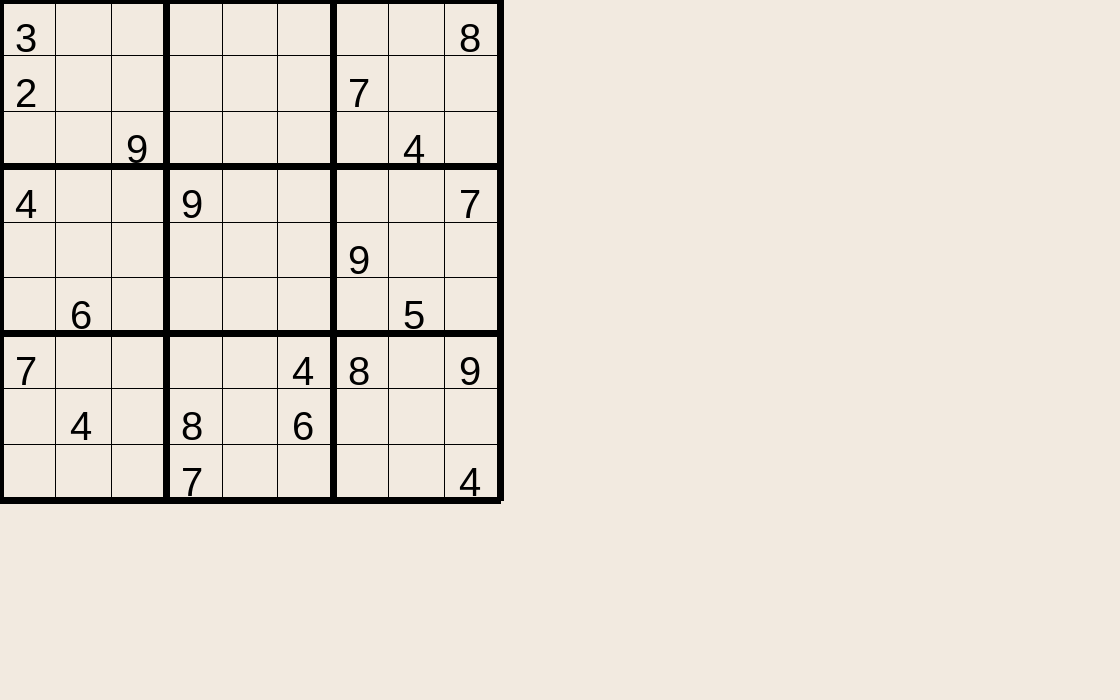
Repository: JensVL96/Puzzle-solver-for-fun
Script's output: python sudoku.py
These files come from the project's save history. The script's output is drawn as it stood at one moment and after the next save; the edit follows.
The window is shown after at most 60 frames with no key pressed. A system font it names is replaced by a similar one. Random numbers start from a fixed seed.

Above is the script's output before, as saved 2020-10-29 19:23:14.

### sudoku.py
# -*- coding: utf-8 -*-
from __future__ import print_function
import pygame as pg
from random import sample
from config import *
from string import *
import numpy as np

dif = BOX_SIZE / 9
def get_cord(pos):
    global x
    x = pos[0]//dif
    global y
    y = pos[1]//dif

class create_board():
    def __init__(self):
        self.base  = 3  # Will generate any size of random sudoku board in O(n^2) time
        self.side  = self.base * self.base
        self.nums  = sample(range(1, self.side + 1), self.side) # random numbers
        self.board = [[self.nums[(self.base * (r%self.base) + r//self.base + c)%self.side] for c in range(self.side) ] for r in range(self.side)]
        rows  = [ r for g in sample(range(self.base),self.base) for r in sample(range(g * self.base,(g + 1) * self.base), self.base) ]
        cols  = [ c for g in sample(range(self.base),self.base) for c in sample(range(g * self.base,(g + 1) * self.base), self.base) ]
        self.board = [[self.board[r][c] for c in cols] for r in rows]

        # print("\nInput:")
        # for line in self.board: print(line)

        squares = self.side * self.side
        empties = squares * 3//4
        for p in sample(range(squares),empties):
            self.board[p//self.side][p%self.side] = 0

        self.lines()

    def expandLine(self, line):
        return line[0]+line[5:9].join([line[1:5]*(self.base-1)]*self.base)+line[9:13]

    def lines(self):
        self.line0  = self.expandLine("╔═══╤═══╦═══╗")
        self.line1  = self.expandLine("║ . │ . ║ . ║")
        self.line2  = self.expandLine("╟───┼───╫───╢")
        self.line3  = self.expandLine("╠═══╪═══╬═══╣")
        self.line4  = self.expandLine("╚═══╧═══╩═══╝")

        self.draw()

    def draw(self):
        symbol = " 1234567890ABCDEFGHIJKLMNOPQRSTUVWXYZ"
        self.nums   = [ [""]+[symbol[n] for n in row] for row in self.board ]
        print(self.line0)
        for r in range(1,self.side+1):
            print( "".join(n+s for n,s in zip(self.nums[r-1],self.line1.split("."))) )
            print([self.line2,self.line3,self.line4][(r%self.side==0)+(r%self.base==0)])

class solve_board():
    def __init__(self, board):
        self.row = []
        self.col = []
        self.cell = []
        self.row_list = []
        self.col_list = []
        self.cell_list = []

        for space in range(9):
            self.col.append([])
            self.cell.append([])

        row_idx = 0
        for line in board:

            self.row.append(line)

            cell_idx = 0
            if row_idx >= 3:
                cell_idx = 3
            if row_idx >= 6:
                cell_idx = 6


            for col_idx in range(9):

                self.col[col_idx].insert(row_idx, line[col_idx])

                if col_idx % 3 == 0:
                    for triple in range(0, 3):
                        self.cell[cell_idx].insert(len(self.cell[row_idx]) + triple, line[col_idx + triple])
                    cell_idx += 1

            self.row_list.append(self.row)
            self.col_list.append(self.col)
            self.cell_list.append(self.cell)
            row_idx += 1

        print("\nrow:")
        for row in self.row_list[0]:
            print(row)
        # print("\ncolumn:")
        # for col in self.col_list[0]:
        #     print(col)
        # print("\ncell:")
        # for cell in self.cell_list[0]:
        #     print(cell)

    def assign_flags(self, board):
        self.flags = []
        row_idx = 0
        cell_idx = 0

        print("\n")
        for line in board:
            cell_idx = 0
            if row_idx >= 3:
                cell_idx = 3
            if row_idx >= 6:
                cell_idx = 6

            for index in range(9):
                # print("position: ", index, "value: ", line[index])

                # print("row", row_idx, "col", index, "cell", cell_idx)
                if (index % 3 == 0 and index != 0):
                    cell_idx += 1

                if line[index] == 0:
                    flag_idx = 0
                    temp_flag = []
                    for value in range(1, 10):
                        # print(value)
                        if self.row_flag(value, row_idx):
                            # print("found in row")
                            pass
                        elif self.col_flag(value, index):
                            # print("found in column")
                            pass
                        elif self.cell_flag(value, cell_idx):
                            # print("found in cell")
                            pass
                        else:
                            temp_flag.append(value)
                            flag_idx += 1
                    print(temp_flag)
                    self.flags.append(temp_flag)
            row_idx += 1

    def check_row(self):
        pass

    def column(self, x):
        pass

    def cell(self, row, col):
        pass

    def row_flag(self, index, row_idx):
        for row in self.row_list[0][row_idx]:
            # print("comparing in row ", row, "with ", index, "row_idx ", row_idx)
            if row == index:
                return 1
        return 0

    def col_flag(self, index, col_idx):
        for col in self.col_list[0][col_idx]:
            # print("comparing in column ", col, "with ", index, "col_idx ", col_idx)
            if col == index:
                return 1
        return 0

    def cell_flag(self, index, cell_idx):
        for cell in self.cell_list[0][cell_idx]:
            # print("comparing in cell ", cell, "with ", index, "cell_idx ", cell_idx)
            if cell == index:
                return 1
        return 0


class Display_board():
    def __init__(self, screen):
        self.screen = screen
        self.font1 = pg.font.SysFont("comicsans", 40)
        self.dif = 500 / 9

    def draw_val(self, val):
        text1 = self.font1.render(str(val), 1, BLACK)
        self.screen.blit(text1, (x * dif + 15, y * dif + 15))

    def on_mouse_press(self, x, y, symbol, modifier):
        pass

    def draw(self, grid):
        for i in range (9):
            for j in range (9):
                if grid[i][j] != 0:

                    text1 = self.font1.render(str(grid[i][j]), 1, BLACK)
                    self.screen.blit(text1, (i * self.dif + 15, j * self.dif + 15))

        for i in range(10):
            if i %3 == 0:
                thick = 7
            else:
                thick = 1
            pg.draw.line(self.screen, BLACK, (0, i * self.dif), (500, i * self.dif), thick)
            pg.draw.line(self.screen, BLACK, (i * self.dif, 0), (i * self.dif, 500), thick)



    def draw_box(self):
        pg.draw.rect(self.screen, BLACK, (  (SCREEN_WIDTH / 2) - (BORDER_SIZE / 2),
                                            (SCREEN_HEIGHT / 2) - (BORDER_SIZE / 2),
                                            BORDER_SIZE,
                                            BORDER_SIZE))
        pg.draw.rect(self.screen, WHITE, (  (SCREEN_WIDTH / 2) - (BOX_SIZE / 2),
                                            (SCREEN_HEIGHT / 2) - (BOX_SIZE / 2),
                                            BOX_SIZE,
                                            BOX_SIZE))

    def update(self, dt):
        pass


class Main():
    def __init__(self):
        self.board = []
        self.run()

    def run(self):
        pg.init()
        self.screen = pg.display.set_mode(SCREEN_RES)
        pg.display.set_caption('Sudoku solver')

        display = Display_board(self.screen)

        flag1 = 0
        val = 0

        self.board = create_board().board
        while 1:
            for event in pg.event.get():
                if event.type == pg.QUIT or (event.type == pg.KEYDOWN and event.key == pg.K_ESCAPE):
                    exit()
                if event.type == pg.MOUSEBUTTONDOWN:
                    flag1 = 1
                    pos = pg.mouse.get_pos()
                if event.type == pg.KEYDOWN:
                    if event.key == pg.K_1:
                        val = 1
                    if event.key == pg.K_2:
                        val = 2
                    if event.key == pg.K_3:
                        val = 3
                    if event.key == pg.K_4:
                        val = 4
                    if event.key == pg.K_5:
                        val = 5
                    if event.key == pg.K_6:
                        val = 6
                    if event.key == pg.K_7:
                        val = 7
                    if event.key == pg.K_8:
                        val = 8
                    if event.key == pg.K_9:
                        val = 9

            if val != 0:
                display.draw_val(val)

                if valid(grid, int(x), int(y), val) == True:
                    grid[int(x)][int(y)] = val
                else:
                    grid[int(x)][int(y)] = 0
                    raise_error2()
                val = 0

            pg.draw.rect(self.screen, BLACK, (0, 0, self.screen.get_width(), self.screen.get_height()))
            self.screen.fill(BEIGE)

            display.draw(self.board)
            # display.draw_box()

            pg.display.update()


        self.solution = solve_board(self.board)

        self.solution.assign_flags(self.board)

if __name__ == '__main__':
    Main()

### config.py


#   Screen info
SCREEN_HEIGHT = 700
SCREEN_WIDTH = int(SCREEN_HEIGHT * 1.6)
SCREEN_RES = (SCREEN_WIDTH, SCREEN_HEIGHT)

#   Colours
BLACK = (0,0,0)
GREY = (50,50,50)
GREEN = (0,255,0)
WHITE = (255,255,255)
BEIGE = (242,234,224)

# Box info
BORDER_SIZE = 420
BOX_SIZE = 410

After the next save:
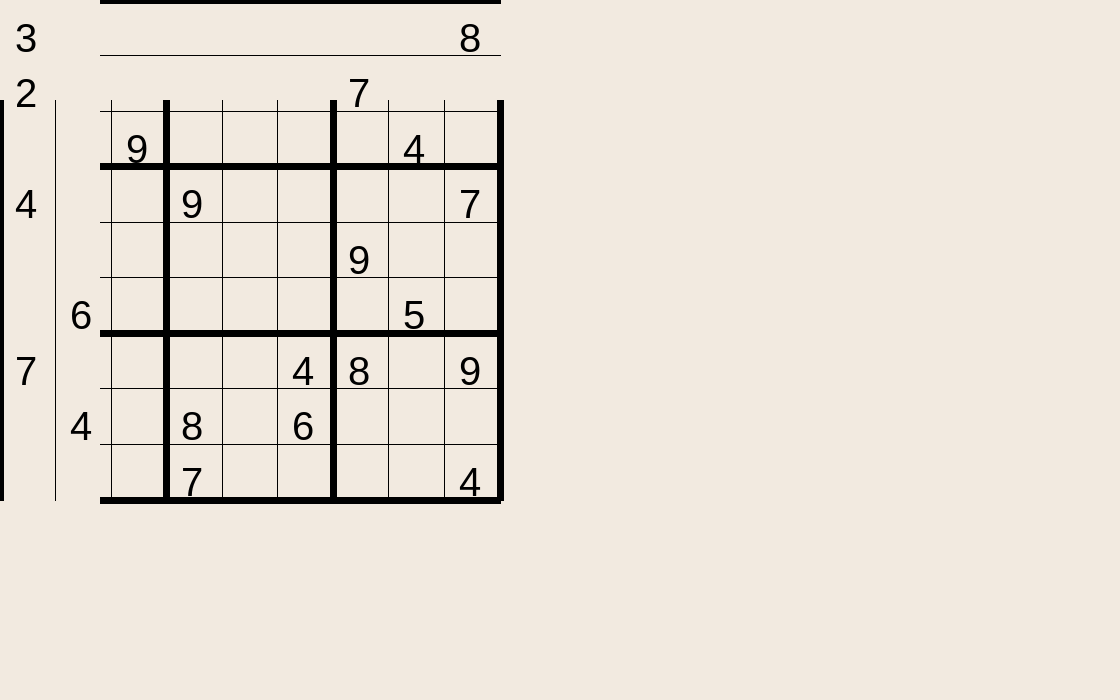
Saved 5 h 59 min later.
--- a/sudoku.py
+++ b/sudoku.py
@@ -200,8 +200,8 @@
                 thick = 7
             else:
                 thick = 1
-            pg.draw.line(self.screen, BLACK, (0, i * self.dif), (500, i * self.dif), thick)
-            pg.draw.line(self.screen, BLACK, (i * self.dif, 0), (i * self.dif, 500), thick)
+            pg.draw.line(self.screen, BLACK, (100, i * self.dif), (500, i * self.dif), thick)
+            pg.draw.line(self.screen, BLACK, (i * self.dif, 100), (i * self.dif, 500), thick)
 
 
 

After the save that followed:
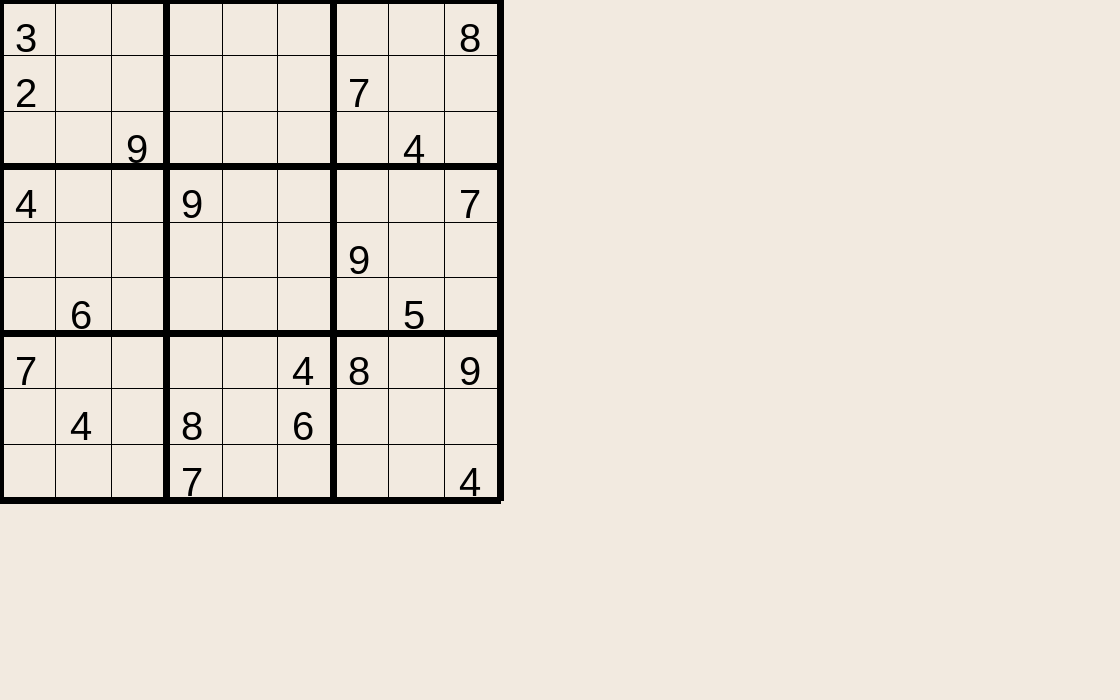
Saved 29 s later.
--- a/sudoku.py
+++ b/sudoku.py
@@ -200,8 +200,8 @@
                 thick = 7
             else:
                 thick = 1
-            pg.draw.line(self.screen, BLACK, (100, i * self.dif), (500, i * self.dif), thick)
-            pg.draw.line(self.screen, BLACK, (i * self.dif, 100), (i * self.dif, 500), thick)
+            pg.draw.line(self.screen, BLACK, (0, i * self.dif), (500, i * self.dif), thick)
+            pg.draw.line(self.screen, BLACK, (i * self.dif, 0), (i * self.dif, 500), thick)
 
 
 
